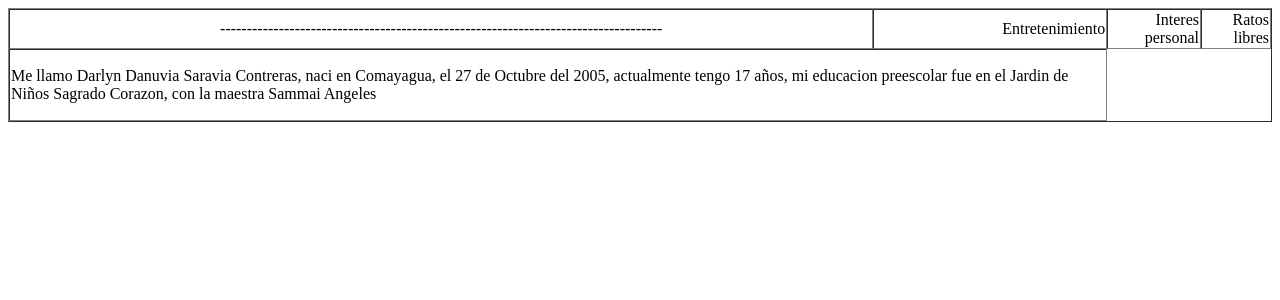
Repository: darlyn-saravia27/portafolio-darlynsaravia
Page: archivoshtml/tareas de html/index.html
These files come from the project's save history. The page is drawn as it stood at one moment and after the next save; the edit follows.
The browser window is 1280 px wide. The pictures show the whole page.

Above is the page before, as saved 2023-03-04 00:40:58.

### archivoshtml/tareas de html/index.html
<!DOCTYPE html>
<html lang="en">
<head>
    <meta charset="UTF-8">
    <meta http-equiv="X-UA-Compatible" content="IE=edge">
    <meta name="viewport" content="width=device-width, initial-scale=1.0">
    <title>Mi Portafolio Web</title>
</head>
<body>
    <table align="center" border="1" cellspacing="0" width="100%">
    <tr align="center">
        <td>-----------------------------------------------------------------------------------</td>
        <td align="right">Entretenimiento</td>
        <td align="right">Interes personal</td>
        <td align="right">Ratos libres</td>
    </tr>
    <tr>
        <td colspan="2">
            <p> Me llamo Darlyn Danuvia Saravia Contreras, naci en Comayagua,
                el 27 de Octubre del 2005, actualmente tengo 17 años, mi educacion preescolar fue
                en el Jardin de Niños Sagrado Corazon, con la maestra Sammai Angeles</p> </td>
    </tr>
</body>
</html>

After the next save:
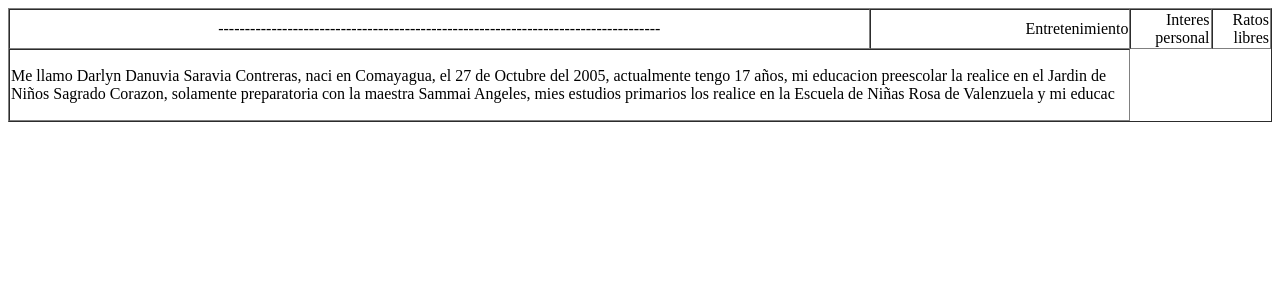
Saved 79 s later.
--- a/archivoshtml/tareas de html/index.html
+++ b/archivoshtml/tareas de html/index.html
@@ -17,8 +17,10 @@
     <tr>
         <td colspan="2">
             <p> Me llamo Darlyn Danuvia Saravia Contreras, naci en Comayagua,
-                el 27 de Octubre del 2005, actualmente tengo 17 años, mi educacion preescolar fue
-                en el Jardin de Niños Sagrado Corazon, con la maestra Sammai Angeles</p> </td>
+                el 27 de Octubre del 2005, actualmente tengo 17 años, mi educacion preescolar la realice
+                en el Jardin de Niños Sagrado Corazon, solamente preparatoria
+                con la maestra Sammai Angeles, mies estudios primarios los realice en la
+                Escuela de Niñas Rosa de Valenzuela y mi educac</p> </td>
     </tr>
 </body>
 </html>
